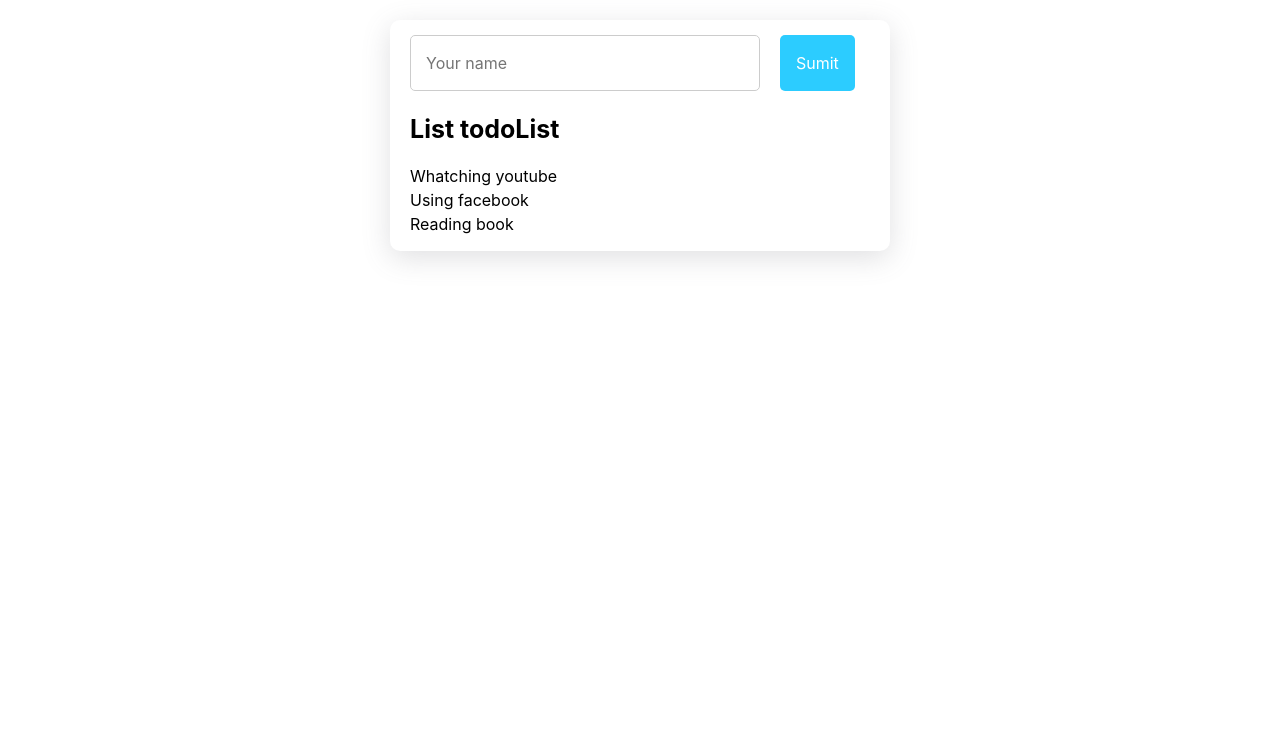
Repository: hoang0508/ReactJsHoiDanIT
Page: /
These files come from the project's save history. The page is drawn as it stood at one moment and after the next save; the edit follows.
The browser window is 1280 px wide. The pictures show the whole page.
The project was rebuilt for these pictures with package versions that can differ from the ones it lists, and the page was loaded fresh each time.

Above is the page before, as saved 2022-02-04 16:26:16.

After the next save:
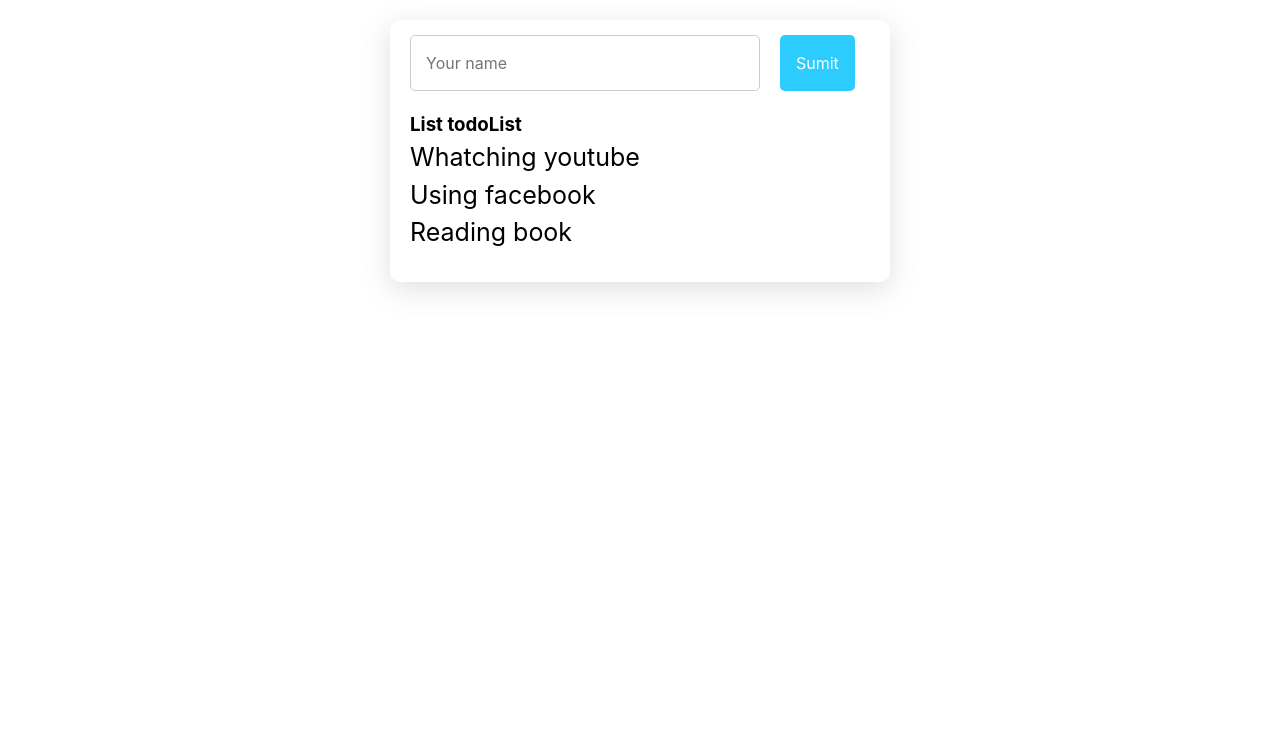
Saved 83 s later.
--- a/src/components/TodoApp/TodoList.js
+++ b/src/components/TodoApp/TodoList.js
@@ -47,14 +47,16 @@ const TodoList = () => {
           </button>
         </form>
         <div>
-          <h3 className="todo-list">List todoList</h3>
-          {listTodo &&
-            listTodo.length > 0 &&
-            listTodo.map((item, index) => (
-              <div key={item.id} className="todo-item">
-                <div className="todo-name">{item.name}</div>
-              </div>
-            ))}
+          <h3 className="todo-title">List todoList</h3>
+          <div className="todo-list">
+            {listTodo &&
+              listTodo.length > 0 &&
+              listTodo.map((item, index) => (
+                <div key={item.id} className="todo-item">
+                  <div className="todo-name">{item.name}</div>
+                </div>
+              ))}
+          </div>
         </div>
       </div>
     </>

After the save that followed:
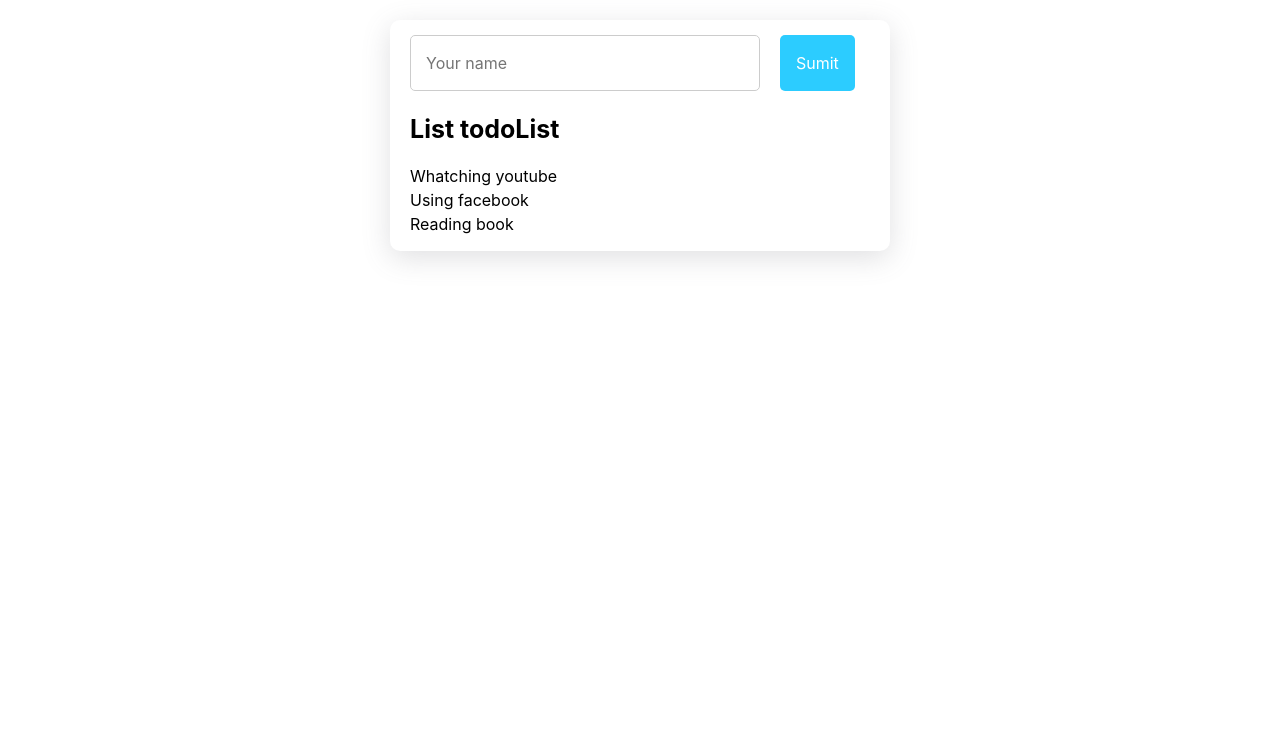
Saved 2 s later.
--- a/src/components/TodoApp/TodoList.scss
+++ b/src/components/TodoApp/TodoList.scss
@@ -28,7 +28,7 @@
     border-radius: 5px;
     margin-left: 20px;
   }
-  &-list {
+  &-title {
     font-size: 25px;
     margin-bottom: 15px;
   }
